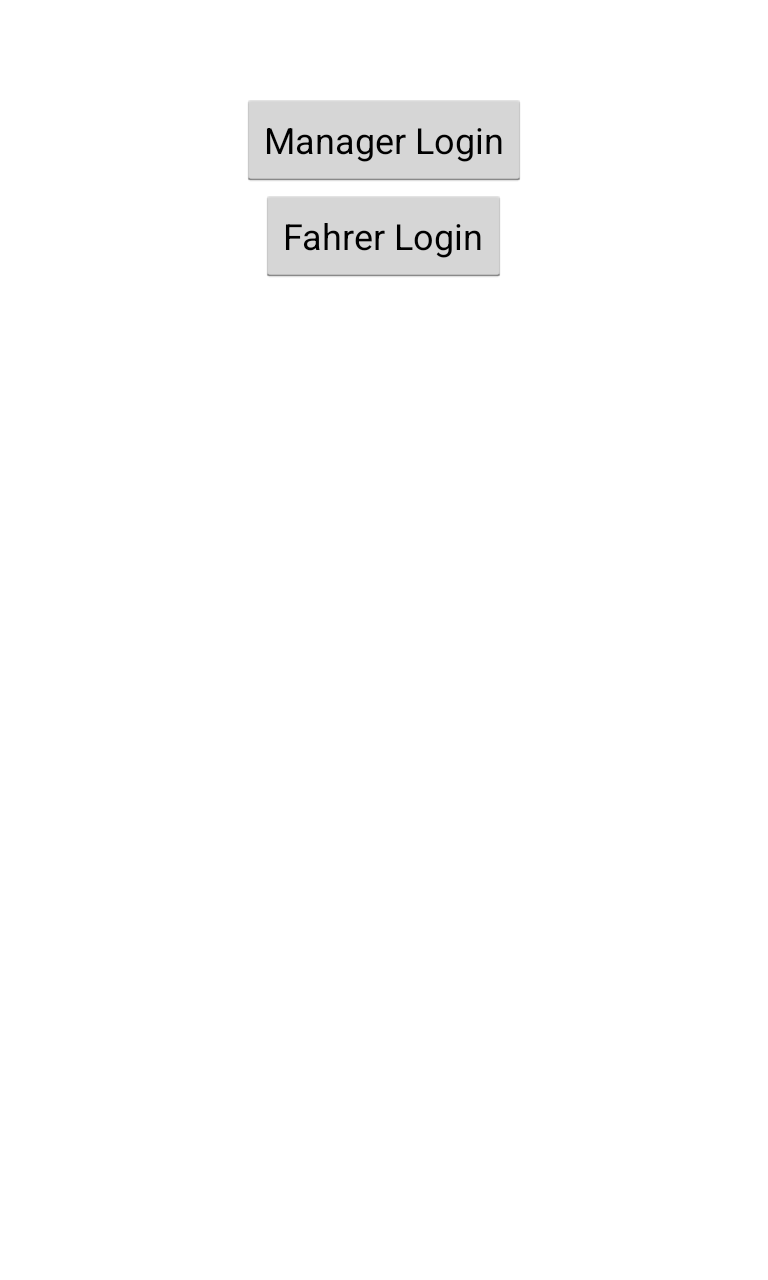
Repository: VroniZinsser/Kurierdienst
Layout: KurierdienstVroni/res/layout/activity_kurierdienst_start.xml
An editor plug-in stored every save of this project. The layout is shown before and after the next save, followed by the edit.
It is drawn on a 768 x 1280 px phone screen (xhdpi) without system bars, with theme AppTheme; the app's code is not run.

Above is the layout before, as saved 2014-07-14 16:32:41.

### KurierdienstVroni/res/layout/activity_kurierdienst_start.xml
<RelativeLayout xmlns:android="http://schemas.android.com/apk/res/android"
    xmlns:tools="http://schemas.android.com/tools"
    android:layout_width="match_parent"
    android:layout_height="match_parent"
    android:paddingBottom="@dimen/activity_vertical_margin"
    android:paddingLeft="@dimen/activity_horizontal_margin"
    android:paddingRight="@dimen/activity_horizontal_margin"
    android:paddingTop="@dimen/activity_vertical_margin"
    tools:context=".KurierdienstStart" >

    <Button
        android:id="@+id/managerLogin"
        android:layout_width="wrap_content"
        android:layout_height="wrap_content"
        android:layout_centerHorizontal="true"
        android:layout_marginTop="60px"
        android:text="Manager Login" />

     <Button
        android:layout_width="wrap_content"
        android:layout_height="wrap_content"
        android:layout_centerHorizontal="true"
        android:layout_below="@id/managerLogin"
        android:text="Fahrer Login" />


</RelativeLayout>

Loaded but not shown: KurierdienstVroni/res/values/styles.xml (common file); KurierdienstVroni/res/values-v11/styles.xml (common file); KurierdienstVroni/res/values-v14/styles.xml (common file); KurierdienstVroni/res/values/dimens.xml (common file)

After the next save:
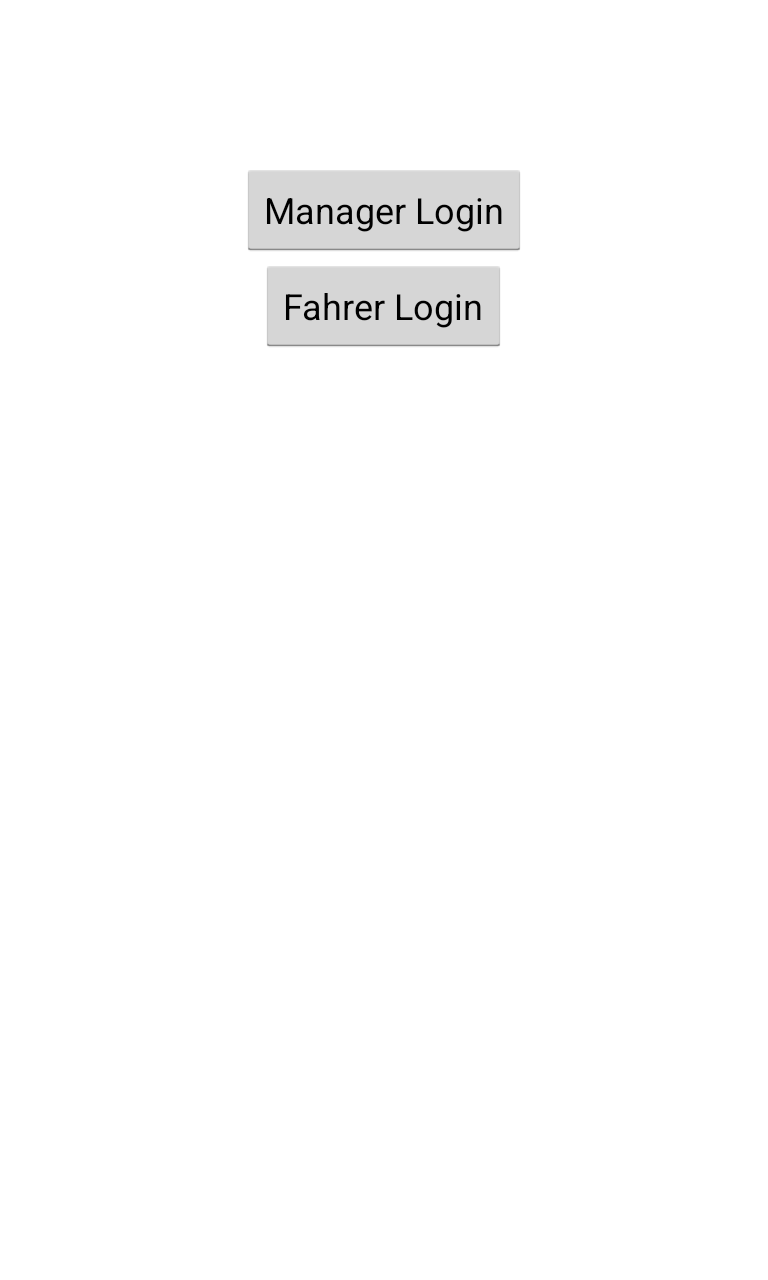
Saved 11 s later.
--- a/KurierdienstVroni/res/layout/activity_kurierdienst_start.xml
+++ b/KurierdienstVroni/res/layout/activity_kurierdienst_start.xml
@@ -13,7 +13,7 @@
         android:layout_width="wrap_content"
         android:layout_height="wrap_content"
         android:layout_centerHorizontal="true"
-        android:layout_marginTop="60px"
+        android:layout_marginTop="130px"
         android:text="Manager Login" />
 
      <Button
